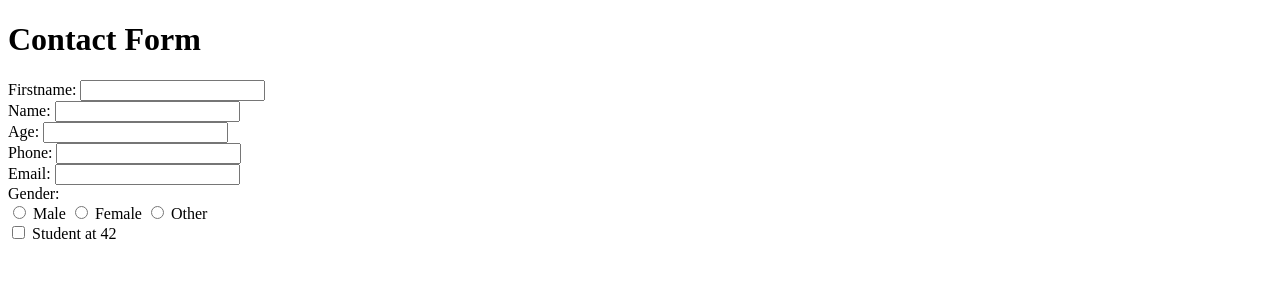
Repository: cronopi/django
Page: Training-Python-Django-0 1/ex02/form.html
These files come from the project's save history. The page is drawn as it stood at one moment and after the next save; the edit follows.
The browser window is 1280 px wide. The pictures show the whole page.

Above is the page before, as saved 2026-03-10 13:45:40.

After the next save:
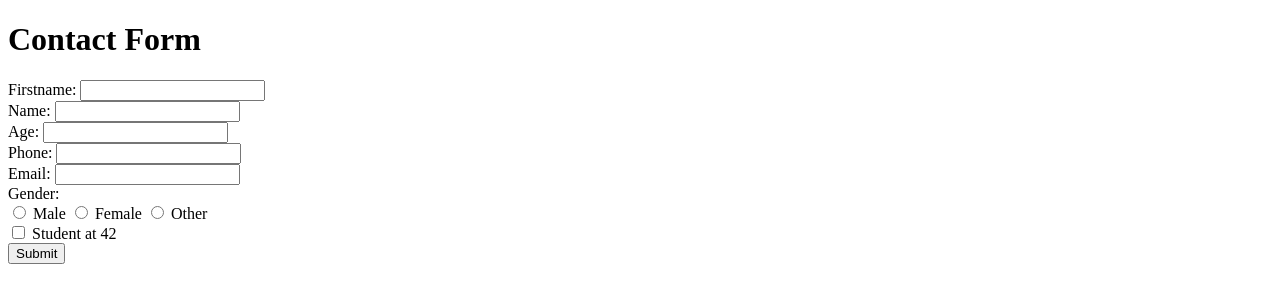
Saved 48 s later.
--- a/Training-Python-Django-0 1/ex02/form.html
+++ b/Training-Python-Django-0 1/ex02/form.html
@@ -22,6 +22,8 @@
 		<br>
 
 		<label><input type="checkbox" id="student"> Student at 42</label><br>
+
+		<button onclick="displayFormContents();">Submit</button>
 	</form>
 
 	<script src="popup.js"></script>
